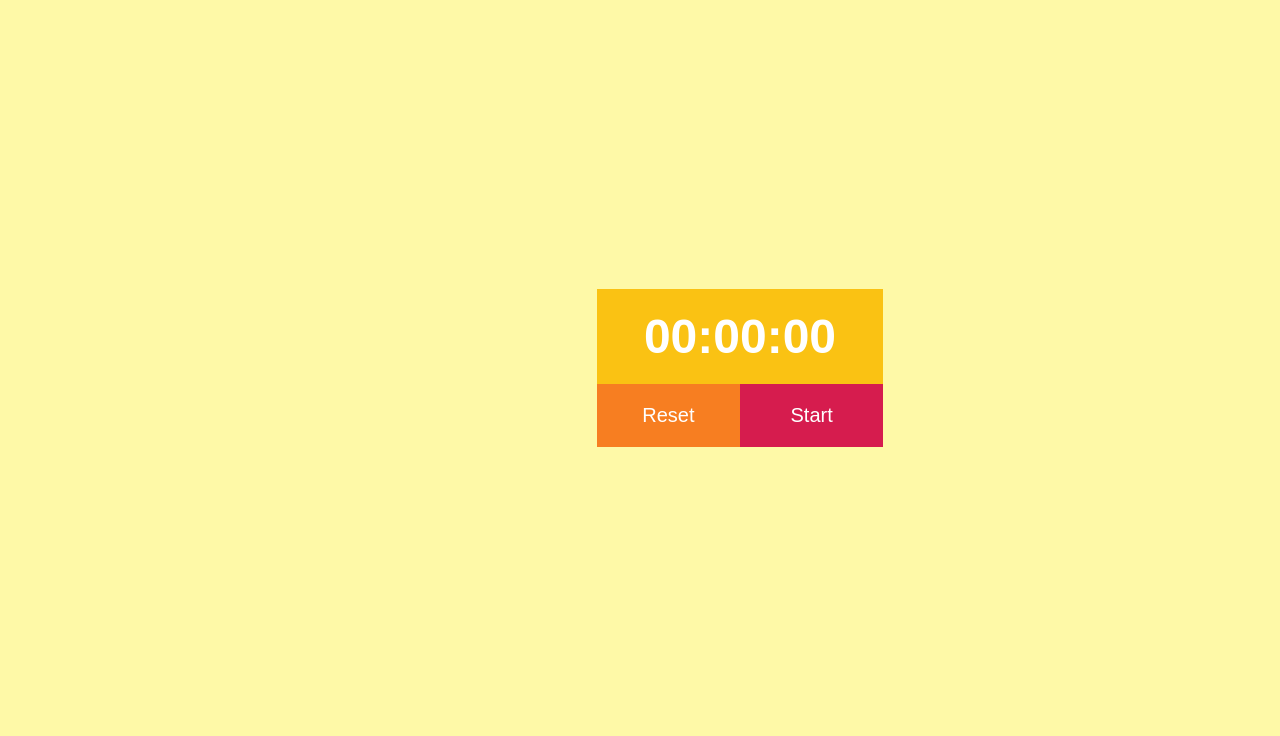
Repository: pilar122/stopwatch
Page: index.html
An editor plug-in stored every save of this project. The page is shown before and after the next save, followed by the edit.
The browser window is 1280 px wide. The pictures show the whole page.

Above is the page before, as saved 2022-06-19 13:06:28.

After the next save:
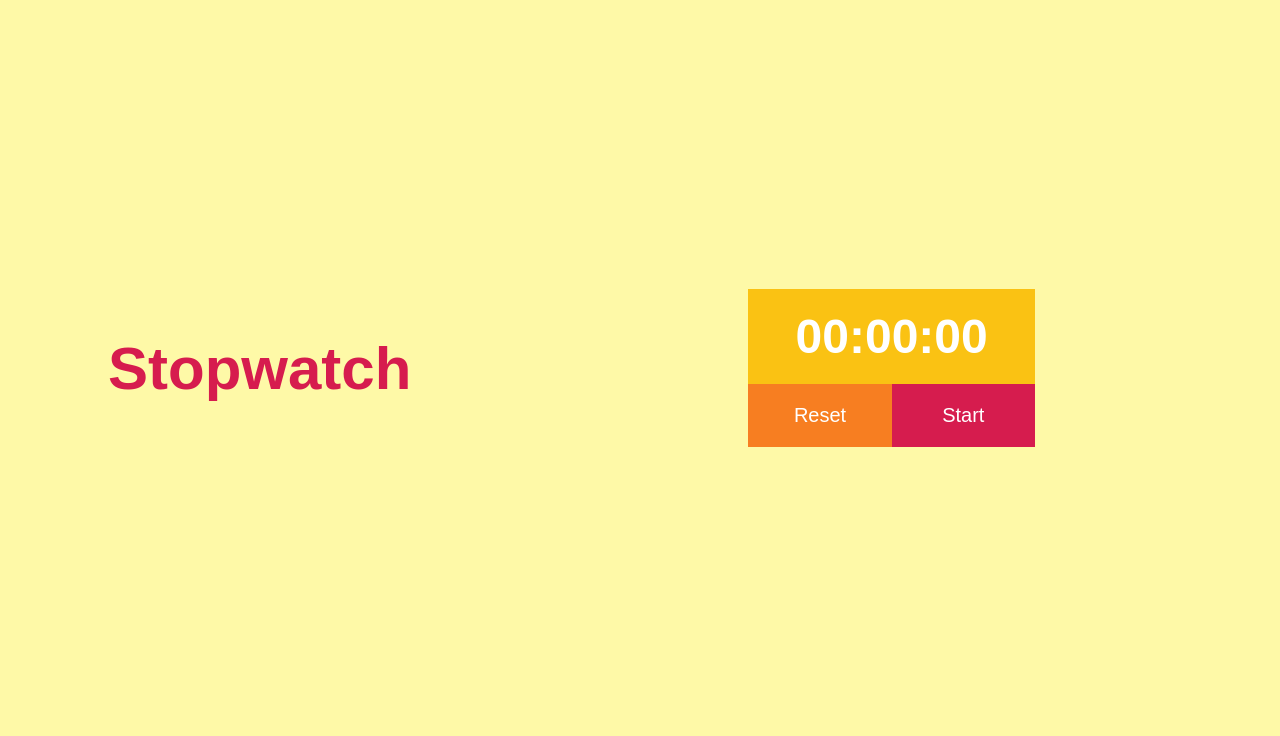
Saved 13 s later.
--- a/index.html
+++ b/index.html
@@ -9,7 +9,7 @@
     </head>
 
     <div class="header">
-        <h1></h1>
+        <h1>Stopwatch</h1>
     </div>
 
     <body>
